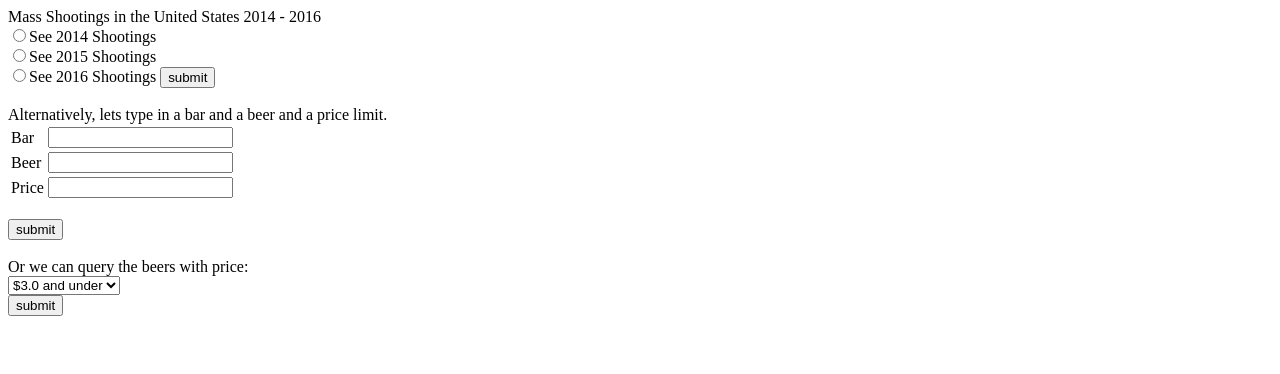
Repository: ryanmc174/dbSemesterProject
Page: http://localhost/cs336Final/
The author's editor kept a copy of each file at every save. The page is drawn from the files as they stood at one save, then again after the next save.
The browser window is 1280 px wide. The pictures show the whole page.
The page is served by Tomcat 9.

Above is the page before, as saved 2016-11-28 18:31:15.

### TemplateProject1009.zip_expanded/cs336Final/WebContent/HelloWorld.jsp
<%@ page language="java" contentType="text/html; charset=ISO-8859-1"
    pageEncoding="ISO-8859-1"%>
<%@ page import="java.io.*,java.util.*,java.sql.*"%>
<%@ page import="javax.servlet.http.*,javax.servlet.*" %>

<!DOCTYPE html PUBLIC "-//W3C//DTD HTML 4.01 Transitional//EN" "http://www.w3.org/TR/html4/loose.dtd">
<html>
<head>
<meta http-equiv="Content-Type" content="text/html; charset=ISO-8859-1">
<title>Beer World</title>
</head>
<body>
Mass Shootings in the United States 2014 - 2016 <!-- the usual HTML way -->

<br>
 <!-- Show html form to i) display something, ii) choose an action via a
  | radio button -->
<form method="get" action="showshootings.jsp" enctype=text/plain>
    <!-- note the show.jsp will be invoked when the choice is made -->
	<!-- The next lines give HTML for radio buttons being displayed -->
  <input type="radio" name="command" value="MassShootings_2014"/>See 2014 Shootings
  <br>
  <input type="radio" name="command" value="MassShootings_2015"/>See 2015 Shootings
    <!-- when the radio for bars is chosen, then 'command' will have value
     | 'bars', in the show.jsp file, when you access request.parameters -->
  <br>
  <input type="radio" name="command" value="MassShootings_2016"/>See 2016 Shootings
  <input type="submit" value="submit" />
</form>
<br>

Alternatively, lets type in a bar and a beer and  a price limit.
<br>
	<form method="post" action="newBeer.jsp">
	<table>
	<tr>
	<td>Bar</td><td><input type="text" name="bar"></td>
	</tr>
	<tr>
	<td>Beer</td><td><input type="text" name="beer"></td>
	</tr>
	<tr>
	<td>Price</td><td><input type="text" name="price"></td>
	</tr>
	</table>
	<br>
	<input type="submit" value="submit">
	</form>
<br>

Or we can query the beers with price:
<br>
	<form method="query" action="query.jsp">
		<select name="price" size=1>
			<option value="3.0">$3.0 and under</option>
			<option value="5.0">$5.0 and under</option>
			<option value="8.0">$8.0 and under</option>
		</select>&nbsp;<br> <input type="submit" value="submit">
	</form>
<br>

</body>
</html>

After the next save:
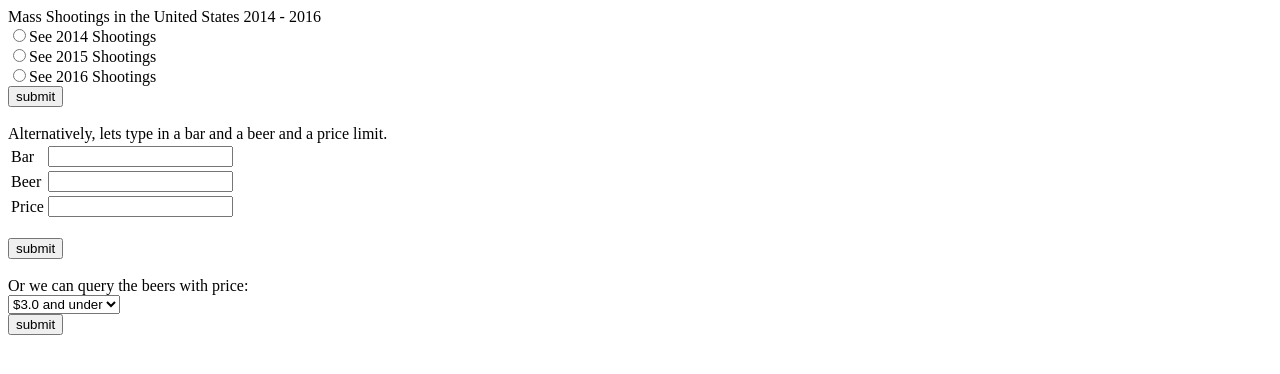
Saved 23 s later.
--- a/TemplateProject1009.zip_expanded/cs336Final/WebContent/HelloWorld.jsp
+++ b/TemplateProject1009.zip_expanded/cs336Final/WebContent/HelloWorld.jsp
@@ -25,7 +25,9 @@ Mass Shootings in the United States 2014 - 2016 <!-- the usual HTML way -->
      | 'bars', in the show.jsp file, when you access request.parameters -->
   <br>
   <input type="radio" name="command" value="MassShootings_2016"/>See 2016 Shootings
+  <br>
   <input type="submit" value="submit" />
+  </br>
 </form>
 <br>
 
